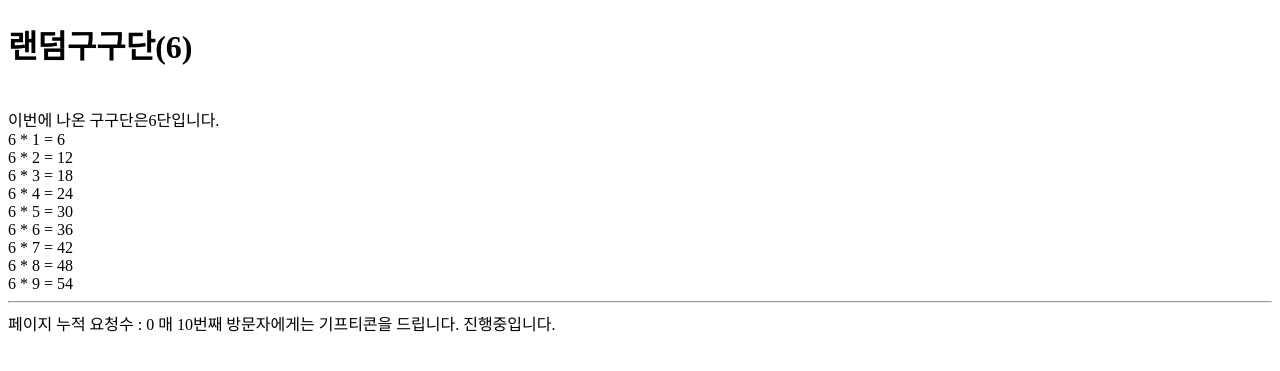
Repository: eun-chongzzz/jsp_practice
Page: http://localhost/JSPBasic/jspTag/TagQ02.jsp
The author's editor kept a copy of each file at every save. The page is drawn from the files as they stood at one save, then again after the next save.
The browser window is 1280 px wide. The pictures show the whole page.
The page is served by Tomcat 9.

Above is the page before, as saved 2022-01-28 06:49:15.

### JSPBasic/src/main/webapp/jspTag/TagQ02.jsp
<%@ page language="java" contentType="text/html; charset=UTF-8"
    pageEncoding="UTF-8"%>
<!DOCTYPE html>
<html>
<head>
<meta charset="UTF-8">
<title>Insert title here</title>
</head>
<body>
	<%!
		public int total = 0;

	%>

	<%
	int rN = (int)(Math.random() * 8) + 1;
	out.println("<h1>랜덤구구단("+ rN + ")</h1>"+"<br/>");
	out.println("이번에 나온 구구단은"+ rN + "단입니다." + "<br/>");
	for(int j=1; j<10; j++){
		out.println(rN + " * " + j + " = " + rN * j +"<br/>");
	}
	out.println("<hr>");
	out.println("페이지 누적 요청수 : " + +total);
	out.println("매 10번째 방문자에게는 기프티콘을 드립니다.");
	if(++total == 10){
		out.println("당첨되셨습니다!");
	} else {
		out.println("진행중입니다.");
	}
	%>
</body>
</html>

After the next save:
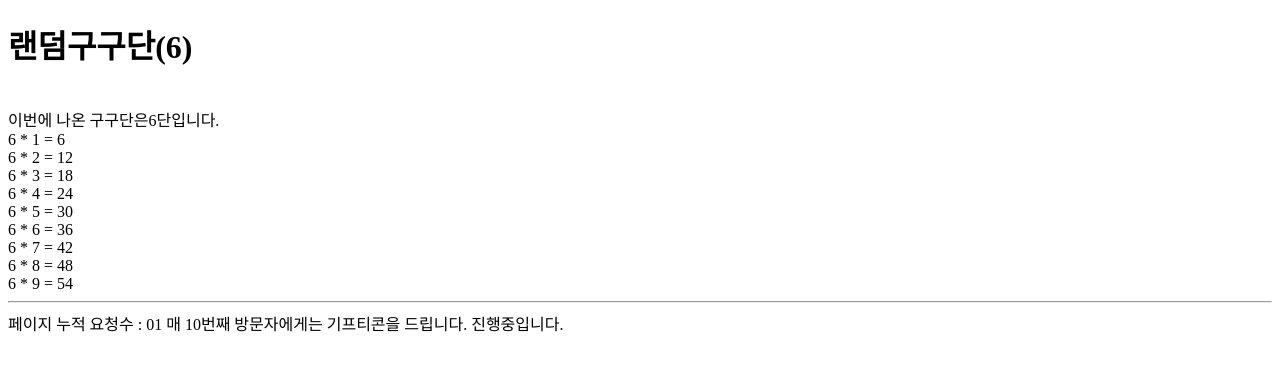
Saved 87 s later.
--- a/JSPBasic/src/main/webapp/jspTag/TagQ02.jsp
+++ b/JSPBasic/src/main/webapp/jspTag/TagQ02.jsp
@@ -20,7 +20,7 @@
 		out.println(rN + " * " + j + " = " + rN * j +"<br/>");
 	}
 	out.println("<hr>");
-	out.println("페이지 누적 요청수 : " + +total);
+	out.println("페이지 누적 요청수 : " + (+total)+1);
 	out.println("매 10번째 방문자에게는 기프티콘을 드립니다.");
 	if(++total == 10){
 		out.println("당첨되셨습니다!");

After the save that followed:
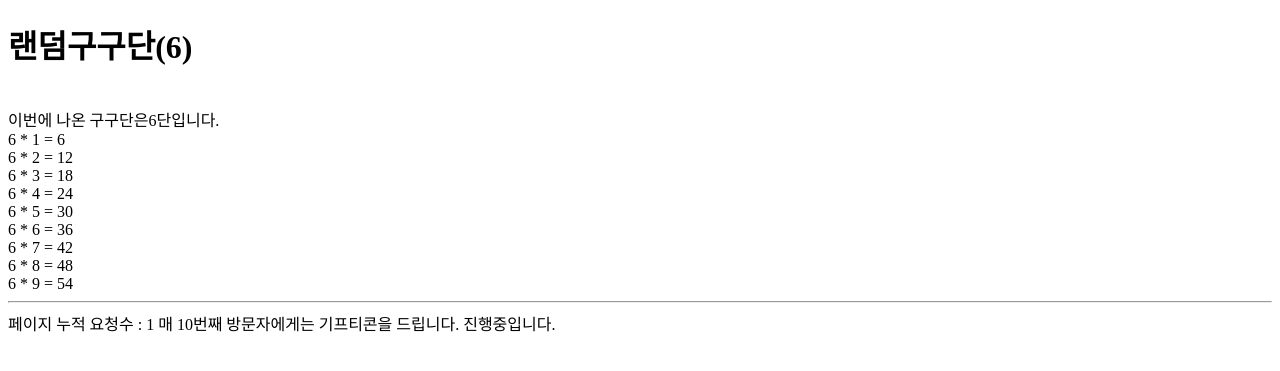
Saved 22 s later.
--- a/JSPBasic/src/main/webapp/jspTag/TagQ02.jsp
+++ b/JSPBasic/src/main/webapp/jspTag/TagQ02.jsp
@@ -20,7 +20,7 @@
 		out.println(rN + " * " + j + " = " + rN * j +"<br/>");
 	}
 	out.println("<hr>");
-	out.println("페이지 누적 요청수 : " + (+total)+1);
+	out.println("페이지 누적 요청수 : " + (+total+1));
 	out.println("매 10번째 방문자에게는 기프티콘을 드립니다.");
 	if(++total == 10){
 		out.println("당첨되셨습니다!");
